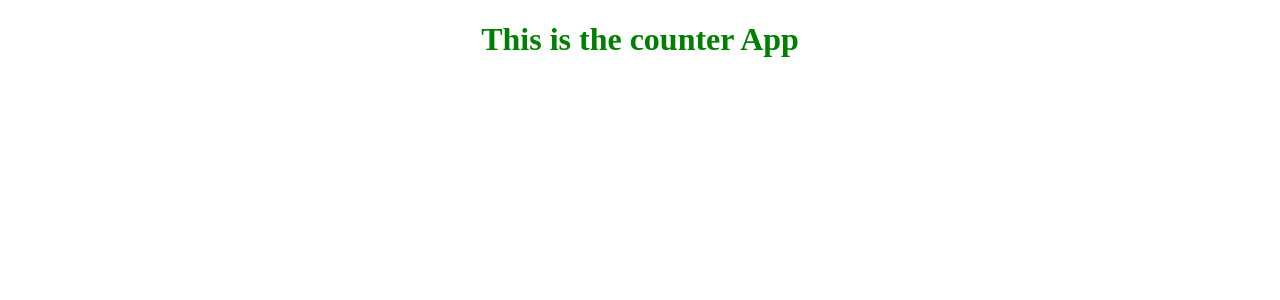
Repository: Gauravyadav678/GcounterApp
Page: / (app in gcounter/)
The author's editor kept a copy of each file at every save. The page is drawn from the files as they stood at one save, then again after the next save.
The browser window is 1280 px wide. The pictures show the whole page.
The project was rebuilt for these pictures with package versions that can differ from the ones it lists, and the page was loaded fresh each time. Also part of the build but not shown: gcounter/src/index.css.

Above is the page before, as saved 2024-10-22 19:38:23.

After the next save:
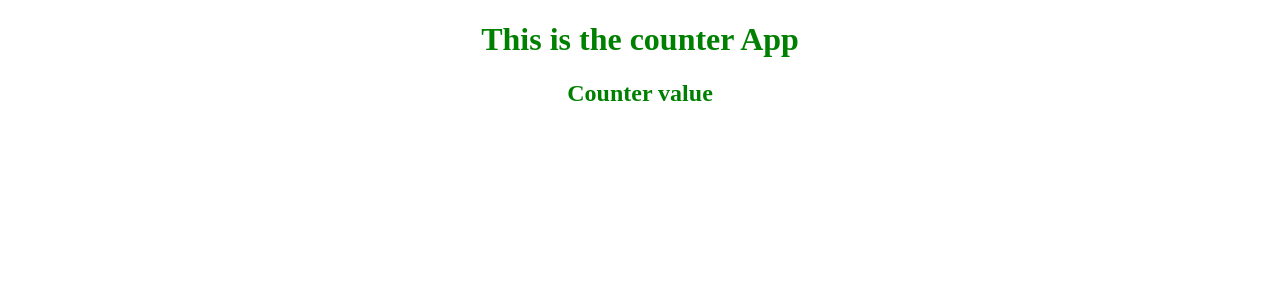
Saved 9 s later.
--- a/gcounter/src/App.js
+++ b/gcounter/src/App.js
@@ -1,5 +1,6 @@
 
 import './App.css';
+import CounterApp from './counter';
 
 
 function App() {
@@ -7,7 +8,7 @@ function App() {
     <div className="App">
       <>
       <h1>This is the counter App</h1>
-
+      <CounterApp/>
 
       </>
     </div>
